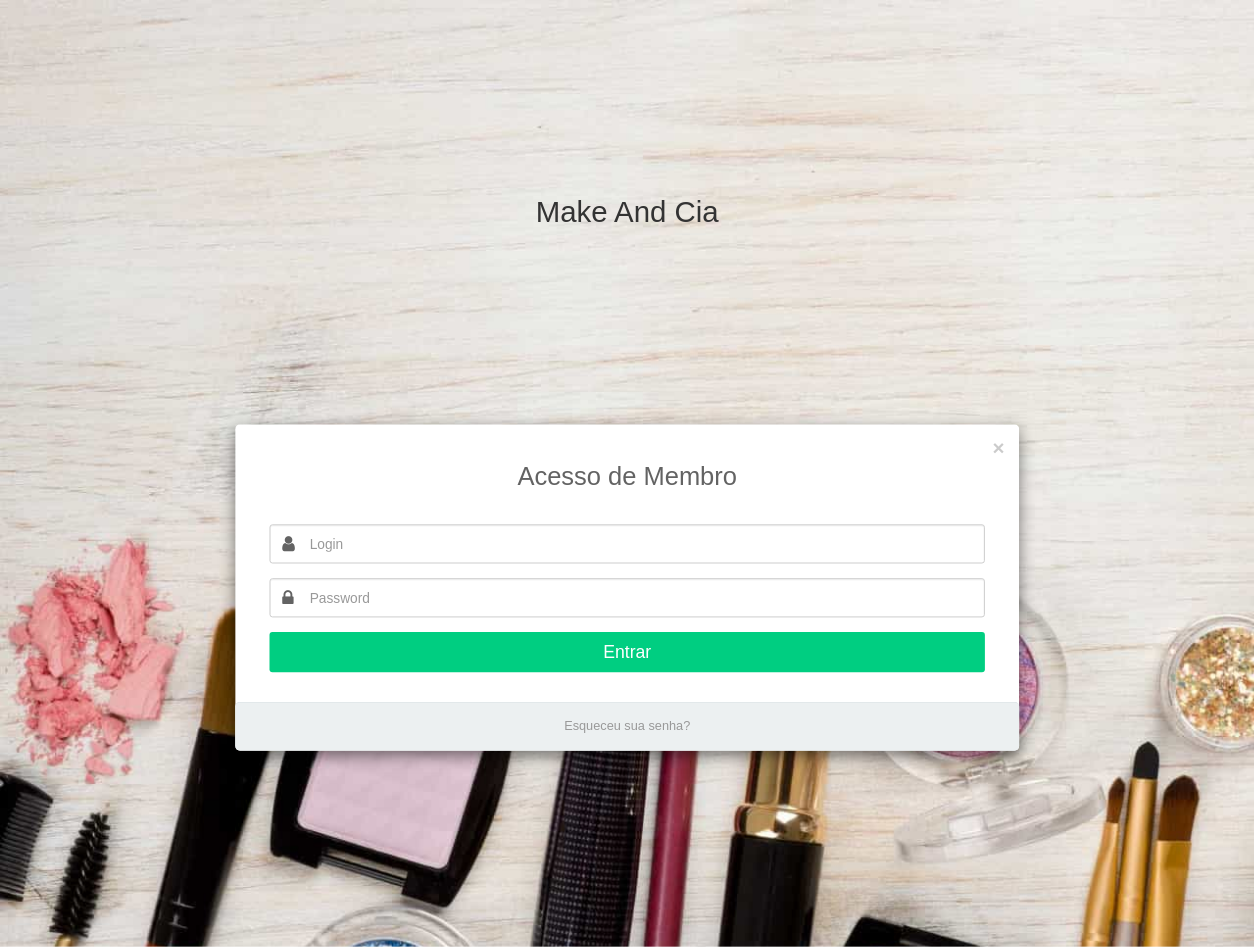
Repository: thuliobarbosa/Make_and_Cia
Page: Projeto_Make&Cia/MakeAndCia/WebContent/www/login.html
The author's editor kept a copy of each file at every save. The page is drawn from the files as they stood at one save, then again after the next save.
The browser window is 1280 px wide. The pictures show the whole page, at 98% of full size.
Some web fonts or font styles are not loaded; a fallback is used.

Above is the page before, as saved 2020-11-10 20:04:24.

After the next save:
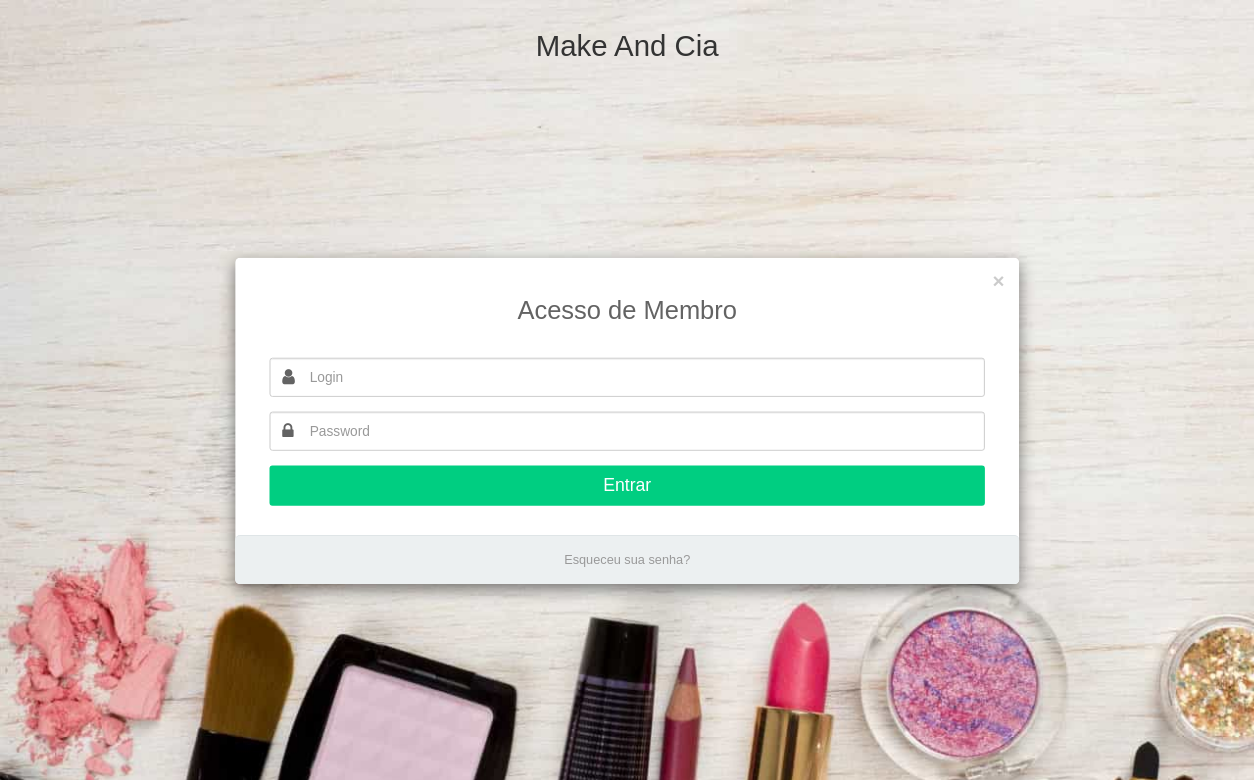
Saved 4 s later.
--- a/Projeto_Make&Cia/MakeAndCia/WebContent/www/login.html
+++ b/Projeto_Make&Cia/MakeAndCia/WebContent/www/login.html
@@ -16,7 +16,7 @@
 		background-image: url("dist/img/make2.jpg")
 	}
 	.title {
-		margin: 200px auto;
+		margin: 30px auto;
 		text-align: center;
 	}
 	.modal-login {
